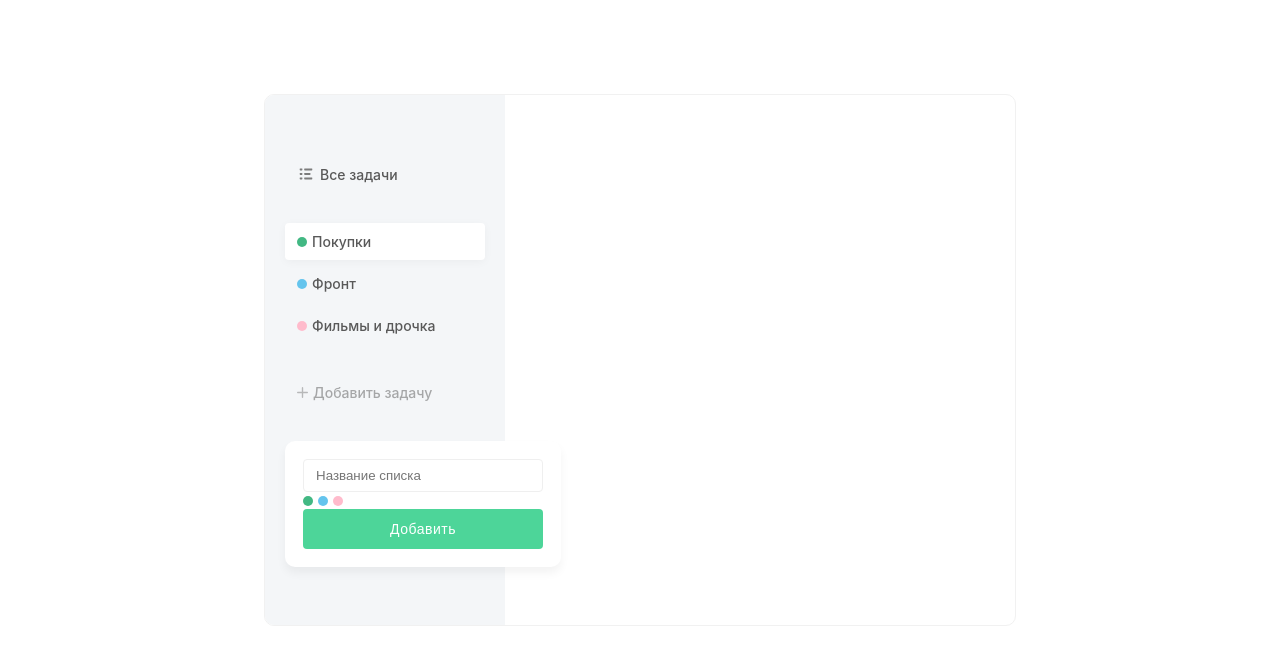
Repository: AzimAzimov/Todo
Page: /
An editor plug-in stored every save of this project. The page is shown before and after the next save, followed by the edit.
The browser window is 1280 px wide. The pictures show the whole page.
The project was rebuilt for these pictures with package versions that can differ from the ones it lists, and the page was loaded fresh each time.

Above is the page before, as saved 2023-02-19 15:10:51.

### src/index.js
import React from 'react';
import ReactDOM from 'react-dom/client';
import './scss/index.scss';
import App from './App';

const root = ReactDOM.createRoot(document.getElementById('root'));
root.render(
  <React.StrictMode>
    <App />
  </React.StrictMode>
);

### src/scss/index.scss
@import "_normalize.scss";

body {
  margin: 0;
  font-family: -apple-system, BlinkMacSystemFont, 'Segoe UI', 'Montserrat', 'Oxygen',
    'Ubuntu', 'Cantarell', 'Fira Sans', 'Droid Sans', 'Helvetica Neue',
    sans-serif;
  -webkit-font-smoothing: antialiased;
  -moz-osx-font-smoothing: grayscale;
}

.todo {
  position: absolute;
  left: 50%;
  top: 50%;
  width: 750px;
  height: 530px;
  transform: translate(-50%, -50%);
  border: 1px solid #f1f1f1;
  border-radius: 10px;
  overflow: hidden;
  font-size: 14px;
  // background-color: #F4F6F8;
  &__sidebar {
    background: #F4F6F8;
    width: 200px;
    height: calc(100% - 120px);
    padding: 60px 20px;
  }

}

### src/App.js
import React, { useState } from 'react';
import AddButtonList from './components/addButtonList/AddButtonList';

import List from './components/sidebar/List';
import DB from './assets/db.json'
import './scss/index.scss';


function App() {

  const [ value, setValue ] = useState('kjjk')

  return (
    <div className="todo">
      <div className="todo__sidebar">
        <List items={[
          {
            icon: (
              <svg width="18" height="18" viewBox="0 0 18 18" fill="none" xmlns="http://www.w3.org/2000/svg">
                <path d="M12.96 8.10001H7.74001C7.24321 8.10001 7.20001 8.50231 7.20001 9.00001C7.20001 9.49771 7.24321 9.90001 7.74001 9.90001H12.96C13.4568 9.90001 13.5 9.49771 13.5 9.00001C13.5 8.50231 13.4568 8.10001 12.96 8.10001V8.10001ZM14.76 12.6H7.74001C7.24321 12.6 7.20001 13.0023 7.20001 13.5C7.20001 13.9977 7.24321 14.4 7.74001 14.4H14.76C15.2568 14.4 15.3 13.9977 15.3 13.5C15.3 13.0023 15.2568 12.6 14.76 12.6ZM7.74001 5.40001H14.76C15.2568 5.40001 15.3 4.99771 15.3 4.50001C15.3 4.00231 15.2568 3.60001 14.76 3.60001H7.74001C7.24321 3.60001 7.20001 4.00231 7.20001 4.50001C7.20001 4.99771 7.24321 5.40001 7.74001 5.40001ZM4.86001 8.10001H3.24001C2.74321 8.10001 2.70001 8.50231 2.70001 9.00001C2.70001 9.49771 2.74321 9.90001 3.24001 9.90001H4.86001C5.35681 9.90001 5.40001 9.49771 5.40001 9.00001C5.40001 8.50231 5.35681 8.10001 4.86001 8.10001ZM4.86001 12.6H3.24001C2.74321 12.6 2.70001 13.0023 2.70001 13.5C2.70001 13.9977 2.74321 14.4 3.24001 14.4H4.86001C5.35681 14.4 5.40001 13.9977 5.40001 13.5C5.40001 13.0023 5.35681 12.6 4.86001 12.6ZM4.86001 3.60001H3.24001C2.74321 3.60001 2.70001 4.00231 2.70001 4.50001C2.70001 4.99771 2.74321 5.40001 3.24001 5.40001H4.86001C5.35681 5.40001 5.40001 4.99771 5.40001 4.50001C5.40001 4.00231 5.35681 3.60001 4.86001 3.60001Z" fill="black"/>
              </svg>
            ),
            name: 'Все задачи',
          }
        ]} />
        <List
          isRemovable={true}
          items={[
            {
              color: 'green',
              name: 'Покупки',
              active: true,
            },
            {
              color: 'blue',
              name: 'Фронт',
            },
            {
              color: 'pink',
              name: 'Фильмы и дрочка',
            },
          ]}
        />
        <AddButtonList colors={DB.colors} />
      </div>
      <div className='todo__tasks'></div>
    </div>
  );
}

export default App;

### src/scss/_normalize.scss
* {
  padding: 0;
  margin: 0;
  list-style: none;
  outline: none;
}

html {
  -ms-text-size-adjust: 100%;
  -webkit-text-size-adjust: 100%;
}

body {
  -moz-osx-font-smoothing: grayscale;
  -webkit-font-smoothing: antialiased;

}

a,
span,
p,
b,
h1,
h2,
h3,
h4,
h5 {
  margin: 0;
  padding: 0;
  text-decoration: none
}

h1 {
  font-size: 48px;
}

h2 {
  font-weight: 600;
  font-size: 28px;
  line-height: 30px;
}

a {
  text-decoration: none;
}

### src/components/addButtonList/AddButtonList.jsx
import React, {useState} from 'react'
import Badge from '../badge/Badge';
import List from '../sidebar/List'
import "./AddListButton.scss"


const AddButtonList = () => {
  const [visiblePopup, setVisiblePopup] = useState(true);

  return (
    <div className="add__list">
      <List
        onClick={()=> setVisiblePopup(true)}
        items={[
          {
            className: 'todo__list__button',
            icon: (
              <svg width="11" height="11" viewBox="0 0 16 16" fill="none" xmlns="http://www.w3.org/2000/svg">
                <path d="M8 1V15" stroke="black" strokeWidth="2" strokeLinecap="round" strokeLinejoin="round"/>
                <path d="M1 8H15" stroke="black" strokeWidth="2" strokeLinecap="round" strokeLinejoin="round"/>
              </svg>
            ),
            name: 'Добавить задачу'
          }
        ]}
      />
      {visiblePopup &&
        <div className="add__list__popup">
          <input className='field' type='text' placeholder='Название списка' />
          <div className="add__list__popup__colors">
            <ul>
              <li><Badge color="green" /></li>
              <li><Badge color="blue" /></li>
              <li><Badge color="pink" /></li>
            </ul>
          </div>
          <button className='button'>Добавить</button>
        </div>
      }
    </div>
  )
}

export default AddButtonList

### src/components/sidebar/List.jsx
import React from 'react'
import classNames from 'classnames';

import './List.scss';
import Badge from '../badge/Badge';

const List = ({ items, isRemovable, onClick }) => {
  return (
    <ul onClick={onClick} className='todo__list'>
      {items.map((item, index) => (
        <li key={index} className={classNames(item.className, { active: item.active })}>
          <i>{item.icon ? item.icon : <Badge color={item.color} />}</i>
          <span>{item.name}</span>
        </li>
      ))}
    </ul>
  )
}

export default List

### src/assets/db.json
{
  "lists": [
    {
      "id": 1,
      "name": "Продажи",
      "colorId": 5
    },
    {
      "id": 2,
      "name": "Фронтенд",
      "colorId": 4
    },
    {
      "id": 3,
      "name": "Фильмы и сериалы",
      "colorId": 3
    },
    {
      "id": 4,
      "name": "Книги",
      "colorId": 2
    },
    {
      "id": 5,
      "name": "Личное",
      "colorId": 1
    },
    {
      "name": "Спорт",
      "colorId": 3,
      "id": 6
    },
    {
      "name": "Курс по ReactJS ToDo",
      "colorId": 7,
      "id": 7
    }
  ],
  "tasks": [
    {
      "id": 1,
      "listId": 2,
      "text": "Изучить JavaScript",
      "completed": true
    },
    {
      "id": 2,
      "listId": 2,
      "text": "Изучить паттерны проектирования",
      "completed": false
    },
    {
      "id": 3,
      "listId": 2,
      "text": "ReactJS Hooks (useState, useReducer, useEffect и т.д.)",
      "completed": true
    },
    {
      "id": 4,
      "listId": 2,
      "text": "Redux (redux-observable, redux-saga)",
      "completed": false
    },
    {
      "listId": 2,
      "text": "123",
      "completed": true,
      "id": 5
    },
    {
      "listId": 1,
      "text": "test",
      "completed": false,
      "id": 6
    },
    {
      "listId": 1,
      "text": "qweqwe",
      "completed": false,
      "id": 7
    },
    {
      "listId": 1,
      "text": "qweqwe",
      "completed": true,
      "id": 8
    },
    {
      "listId": 1,
      "text": "123",
      "completed": false,
      "id": 9
    },
    {
      "listId": 4,
      "text": "Купить 1984!",
      "completed": true,
      "id": 10
    },
    {
      "listId": 2,
      "text": "222",
      "completed": true,
      "id": 12
    },
    {
      "listId": 7,
      "text": "Сделали сайдбар",
      "completed": true,
      "id": 15
    },
    {
      "listId": 7,
      "text": "Сделали список задач",
      "completed": true,
      "id": 16
    },
    {
      "listId": 7,
      "text": "Сделали удаление и редактирование задач и списков",
      "completed": true,
      "id": 17
    },
    {
      "listId": 8,
      "text": "tttt",
      "completed": false,
      "id": 18
    }
  ],
  "colors": [
    {
      "id": 1,
      "hex": "#C9D1D3",
      "name": "grey"
    },
    {
      "id": 2,
      "hex": "#42B883",
      "name": "green"
    },
    {
      "id": 3,
      "hex": "#64C4ED",
      "name": "blue"
    },
    {
      "id": 4,
      "hex": "#FFBBCC",
      "name": "pink"
    },
    {
      "id": 5,
      "hex": "#B6E6BD",
      "name": "lime"
    },
    {
      "id": 6,
      "hex": "#C355F5",
      "name": "purple"
    },
    {
      "id": 7,
      "hex": "#110133",
      "name": "black"
    },
    {
      "id": 8,
      "hex": "#FF6464",
      "name": "red"
    }
  ]
}

### src/components/badge/Badge.jsx
import React from 'react'

import "./Barge.scss"

const Badge = ({ color }) => <i className={`badge badge__${color}`}></i>

export default Badge

### src/components/addButtonList/AddListButton.scss
.add__list {
  &__popup {
    width: 240px;
    background: #FFFFFF;
    box-shadow: 0px 6px 10px rgba(0, 0, 0, 0.05);
    border-radius: 10px;
    padding: 18px;
    &__colors {
      ul {
        display: flex;
        gap: 5px;
        .badge {

        }
      }
    }
  }

  .field {
    width: 100%;
    background: #FFFFFF;
    border: 1px solid #EFEFEF;
    border-radius: 4px;
    box-sizing: border-box;
    padding: 8px 12px;
    &:focus {
      border-color: #dadada;
    }
  }

  .button {
    cursor: pointer;
    width: 100%;
    padding: 12px 20px;
    background: #4DD599;
    border-radius: 4px;
    border: none;
    letter-spacing: .5px;
    font-size: 14px;
    color: #FFFFFF;
    transition: all 0.3 ease;
    &:hover {
      background: darken(#4DD599, 4%);
    }
    &:active {
      background: darken(#4DD599, 12%);
    }
  }
}

### src/components/sidebar/List.scss

.todo__list {
  margin-bottom: 30px;
  &__button {
    opacity: 0.5;
    &:hover {
      opacity: 1;
    }
    svg {
      transition: all 0.3s ease;
      path {
        stroke: #7C7C7C;
      }
    }
    span {
      color: #7c7c7c;
      transition: all 0.3s ease;
    }
  }

  li {
    display: flex;
    align-items: center;
    gap: 5px;
    padding: 10px 12px;
    margin-bottom: 5px;
    cursor: pointer;
    &.active {
      background: #FFFFFF;
      box-shadow: 0px 2px 10px rgba(0, 0, 0, 0.04);
      border-radius: 4px;
    }

    i {
      display: inline-flex;
      svg {
        path {
          fill: #7C7C7C;
        }
      }
    }

    span {
      font-weight: 500;
      color: #595959;
    }
  }
}

### src/components/badge/Barge.scss
  .badge {
    display: inline-block;
    width: 10px;
    height: 10px;
    border-radius: 50%;

    &__green {
      background-color: #42B883;
    }

    &__blue {
      background-color: #64C4ED;
    }

    &__pink {
      background-color: #FFBBCC;
    }
  }

Loaded but not shown: public/index.html (common file)

After the next save:
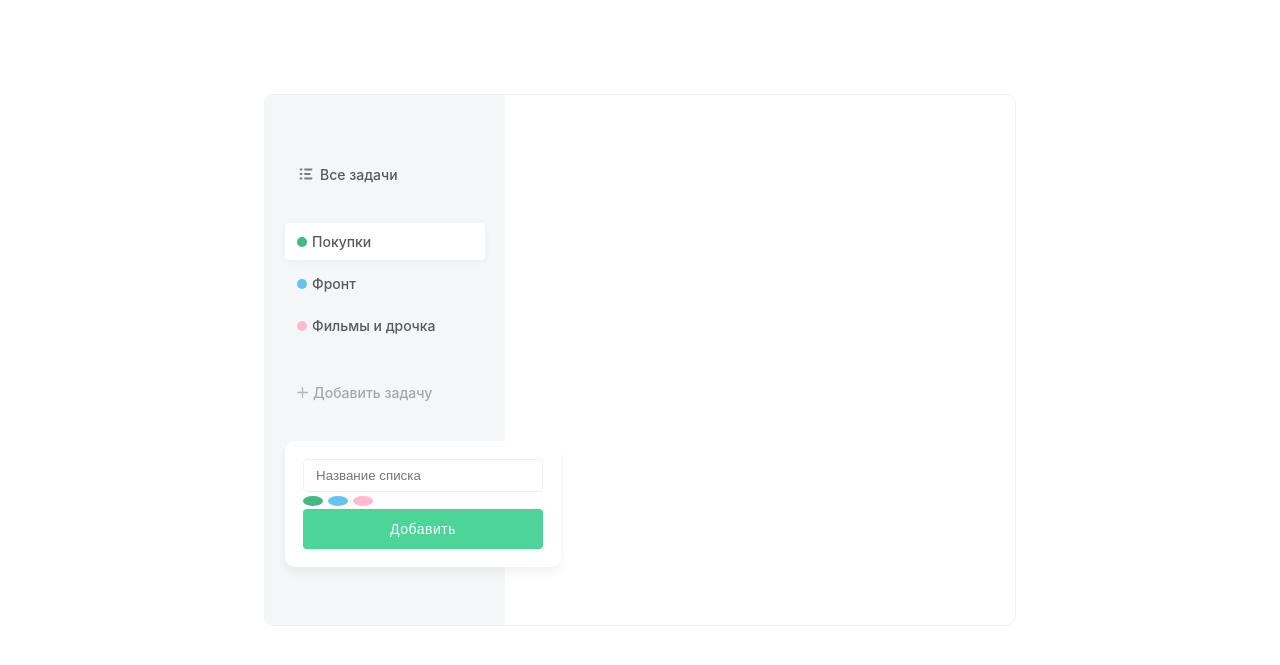
Saved 4 s later.
--- a/src/components/addButtonList/AddListButton.scss
+++ b/src/components/addButtonList/AddListButton.scss
@@ -10,7 +10,7 @@
         display: flex;
         gap: 5px;
         .badge {
-
+          width: 20px;
         }
       }
     }
